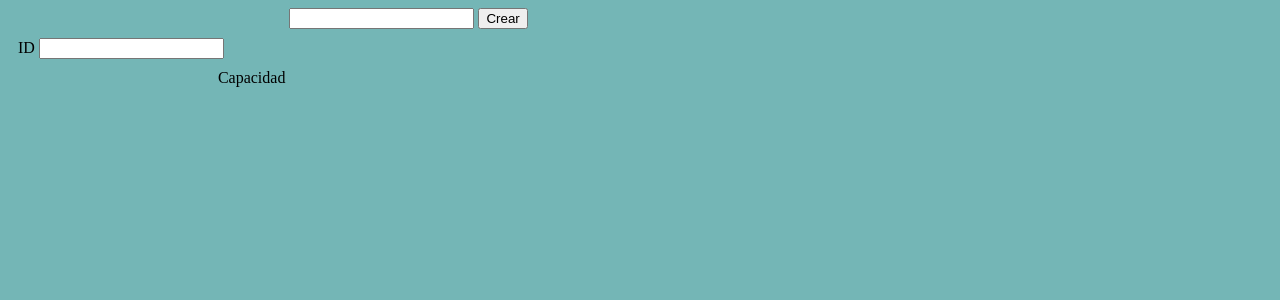
Repository: Robin-Rivadeneira/prueva_pablo
Page: index.html
The author's editor kept a copy of each file at every save. The page is drawn from the files as they stood at one save, then again after the next save.
The browser window is 1280 px wide. The pictures show the whole page.

Above is the page before, as saved 2020-01-16 20:28:28.

### index.html
<!DOCTYPE html>
<html lang="en">
<head>
    <meta charset="UTF-8">
    <meta name="viewport" content="width=device-width, initial-scale=1.0">
    <meta http-equiv="X-UA-Compatible" content="ie=edge">
    <LINK REL=StyleSheet HREF="/css/bomberos.css" TYPE="text/css" MEDIA=screen>
    <title> Motobombas</title>
</head>
<body>
    <div>
        <label class="id">ID</label>
        <input type="number" id="id">
        <label class="capacidad">Capacidad</label>
        <input type="number" id="capacidad" >
        <button type="button" class="button" onclick="moto.guardar()">Crear</button>
    </div>
    <br>
    <div id="img">

    </div>
    <br>
    <div id="estado">

    </div>
    <br>
    <div id="pintar">
    </div>
</body>
<script src="/js/Motobomba.js"></script>
<script src="/js/Bombero.js"></script>
</html>

### css/bomberos.css
body{
    background-color: rgb(116, 182, 182);
}
.id{
    position: relative;
    left: 10px;
    top: 30px;
}
#id{
    position: relative;
    top: 30px;
    left: 10px;
}

.capacidad{
    position: relative;
    top: 60px;
}

### js/Motobomba.js
class Motobomba {
    constructor(id, capacidad, estado = false) {
        this.id = id;
        this.capacidad = capacidad;
        this.estado = estado;
    }
    prender() {
        this.estado = true;
    }
    apagar() {
        this.estado = false;
    }
    getEstado() {
        return this.estado;
    }
    toString() {
        if (this.estado == true) {
            document.getElementById('estado').innerHTML='<img src="img/verde.jpg" windth="130px" height="100px">'
            var parrafo=document.createElement('p')
            parrafo.innerHTML = 'esta prendido'
            document.body.appendChild(parrafo)
            moto.apagar()
            document.getElementById("boton").innerHTML="prendido"

        }
        else if(this.estado == false) {
            document.getElementById('estado').innerHTML='<img src="img/rojo.jpg" windth="130px" height="100px">'
            var parrafo=document.createElement('p')
            parrafo.innerHTML = 'esta apagado'
            document.body.appendChild(parrafo)
            moto.prender()
            document.getElementById("boton").innerHTML="apagdo"
        }
    }
    guardar(){
        var recu= document.getElementById('id').value;
        var recu1=document.getElementById('capacidad').value;
        this.id=recu
        this.capacidad=recu1
        console.log(this.id)
        console.log(this.capacidad)
        document.getElementById('img').innerHTML='<img src="img/camion.jpg" windth="130px" height="100px">'
        document.getElementById('pintar').innerHTML='<button type="button" id="boton" onclick="moto.toString()">ESTADO</button>'
    }
}



let moto = new Motobomba()

### js/Bombero.js
class Bombero{
    constructor(nombre){
        this.nombre=nombre;
    }
    addHabilidad(){
        let habilidades=[];
        habilidades.push(this.nombre)
    }
}

After the next save:
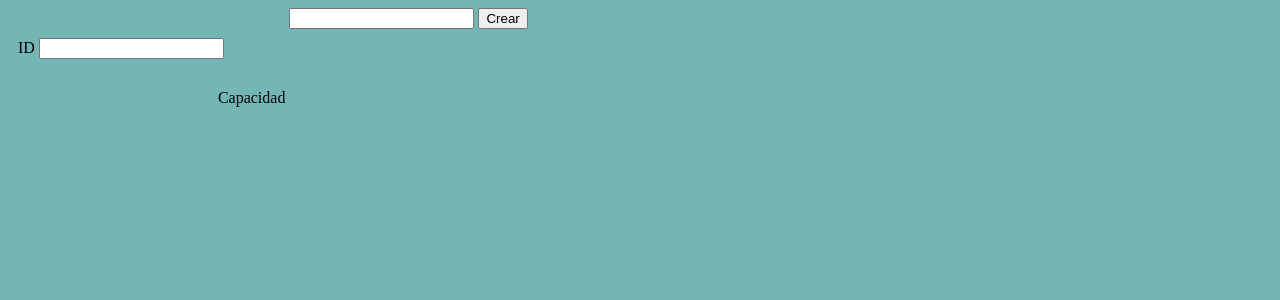
Saved 5 s later.
--- a/css/bomberos.css
+++ b/css/bomberos.css
@@ -14,5 +14,5 @@ body{
 
 .capacidad{
     position: relative;
-    top: 60px;
+    top: 80px;
 }
